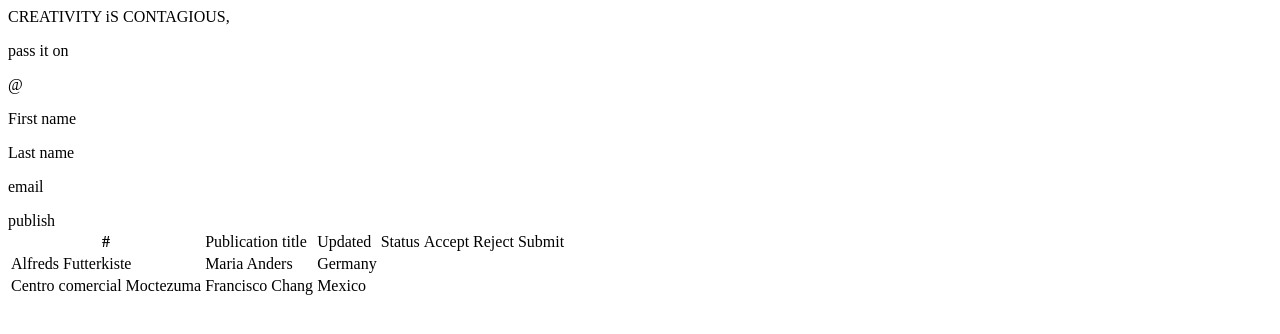
Repository: ceo-of-albeni/articles
Page: /
These files come from the project's save history. The page is drawn as it stood at one moment and after the next save; the edit follows.
The browser window is 1280 px wide. The pictures show the whole page.
The project was rebuilt for these pictures with package versions that can differ from the ones it lists, and the page was loaded fresh each time. Also part of the build but not shown: src/reviewer's profil/reviewer.scss.

Above is the page before, as saved 2023-05-09 18:10:21.

After the next save:
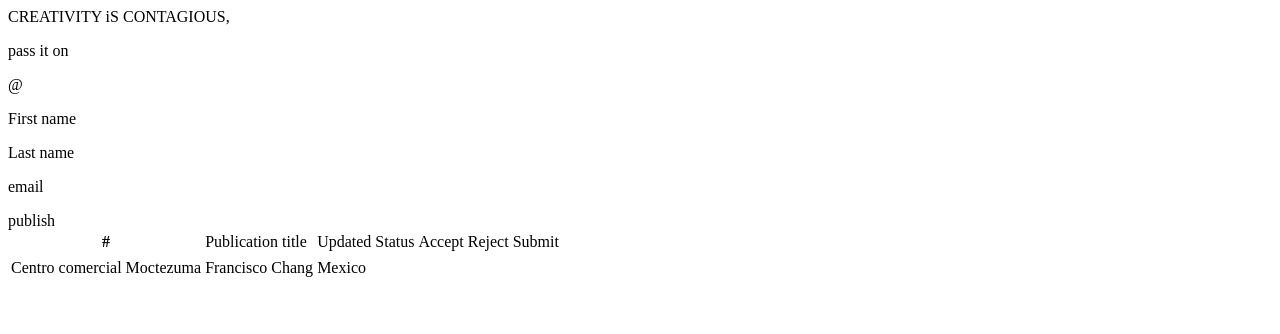
Saved 32 s later.
--- a/src/reviewer's profil/reveiwer.jsx
+++ b/src/reviewer's profil/reveiwer.jsx
@@ -30,9 +30,7 @@ export default function Reviewer() {
                             <td>Submit</td>
                         </tr>
                         <tr>
-                            <td>Alfreds Futterkiste</td>
-                            <td>Maria Anders</td>
-                            <td>Germany</td>
+                            <td></td>
                         </tr>
                         <tr>
                             <td>Centro comercial Moctezuma</td>
